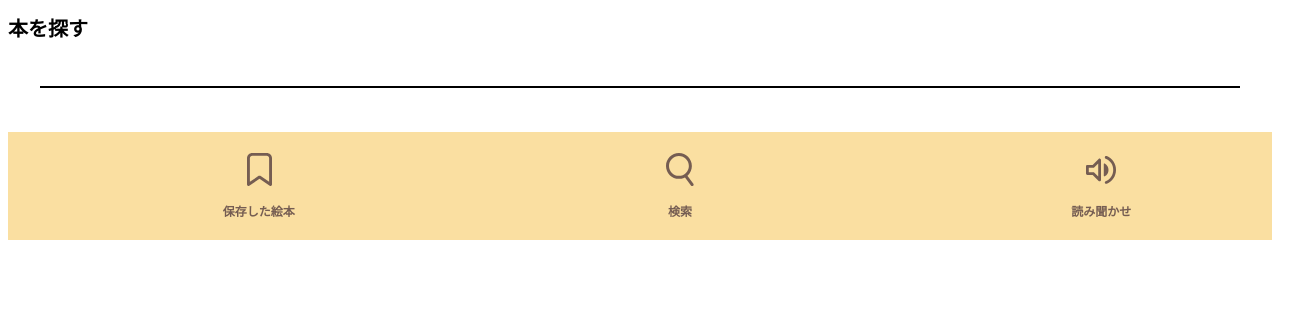
Repository: kmii12/2024-teampj
Page: /result
An editor plug-in stored every save of this project. The page is shown before and after the next save, followed by the edit.
The browser window is 1280 px wide. The page is 1312 px wide, so the pictures cover 1312 px, including what lies to the right of the window. The pictures show the whole page.
Some web fonts or font styles are not loaded; a fallback is used. The project was rebuilt for these pictures with package versions that can differ from the ones it lists, and the page was loaded fresh each time. The framework's server and built-in components were replaced by stand-ins that run in the browser. Also part of the build but not shown: next.config.mjs.

Above is the page before, as saved 2024-10-23 09:43:28.

After the next save:
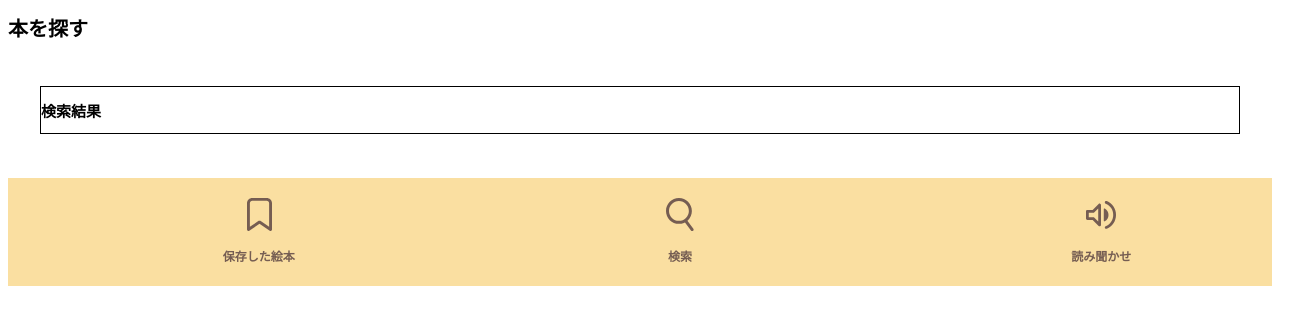
Saved 45 s later.
--- a/src/app/result/page.tsx
+++ b/src/app/result/page.tsx
@@ -50,7 +50,9 @@ export default function Result() {
     <>
       <h1>本を探す</h1>
 
-      <div className={styles.resultContainer}></div>
+      <div className={styles.resultContainer}>
+        <h2>検索結果</h2>
+      </div>
     </>
   );
 }
